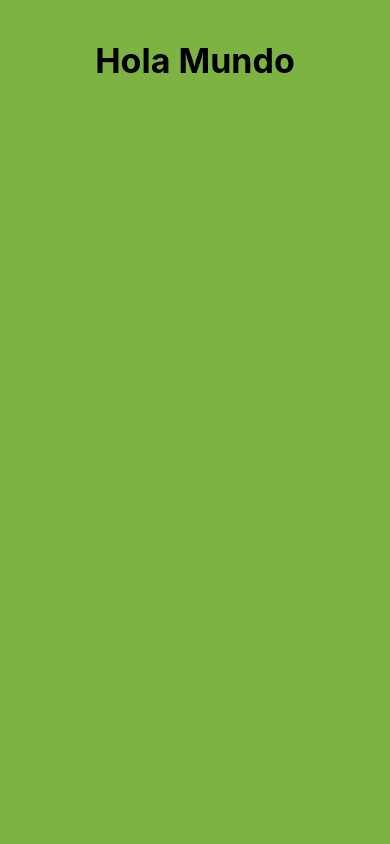
Repository: AleMicky/citas
Screen: /
These files come from the project's save history. The screen is drawn as it stood at one moment and after the next save; the edit follows.
The app was drawn by React Native's web renderer in a window 390 px wide. The project was rebuilt for these pictures with package versions that can differ from the ones it lists, and the page was loaded fresh each time.

Above is the screen before, as saved 2020-06-26 23:46:53.

After the next save:
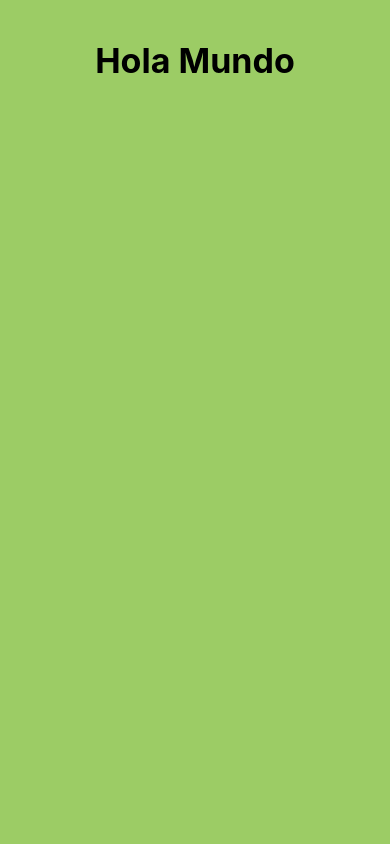
Saved 24 s later.
--- a/App.js
+++ b/App.js
@@ -12,7 +12,7 @@ export default function App() {
 const styles = StyleSheet.create({
   contenedor:{
     flex:1,
-    backgroundColor:'#7cb342'
+    backgroundColor:'#9ccc65'
   },
   titulo:{
     marginTop:40,
